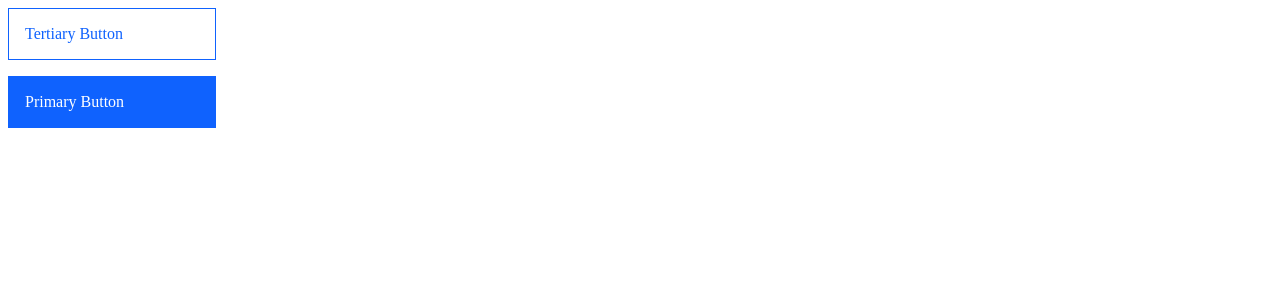
Repository: prav10194/ibm-carbon-components-vanilla
Page: buttons/index.html
An editor plug-in stored every save of this project. The page is shown before and after the next save, followed by the edit.
The browser window is 1280 px wide. The pictures show the whole page.
Some web fonts or font styles are not loaded; a fallback is used.

Above is the page before, as saved 2020-11-12 19:42:14.

### buttons/index.html
<!DOCTYPE html>
<html lang="en">
<head>
    <meta charset="UTF-8">
    <meta name="viewport" content="width=device-width, initial-scale=1.0">
    <link rel="shortcut icon" href="./assets/ibm--cloud.svg" />
    <link rel="stylesheet" href="./node_modules/@ibm/plex/css/ibm-plex-sans-kr.css">
    <link rel="stylesheet" href="./node_modules/@ibm/plex/css/ibm-plex.css">
    <link rel="stylesheet" href="./index.css">
    <title>Button examples</title>
</head>
<style>
    .buttondiv > *:not(:first-child) {
        margin-top: 1rem;
    }
</style>
<body>
    <div class="buttondiv" style="display: flex; flex-direction: column;">
        <div class="tertiary-button">Tertiary Button</div>
        <div class="primary-button">Primary Button</div>
        <!-- <div class="secondary-button">Secondary Button</div> -->
    </div>
</body>
</html>

### buttons/index.css
.tertiary-button {
    font-size: 1rem;
    border: 1px solid #0f62fe;
    color: #0f62fe;
    padding: 1rem 4rem 1rem 1rem;
    width: 10%;
    font-family: IBM Plex Sans;
}

.tertiary-button:hover {
    background-color: #0f62fe;
    color: white;
    cursor: pointer;
}

.primary-button {
    font-size: 1rem;
    border: 1px solid #0f62fe;
    background-color: #0f62fe;
    color: white;
    padding: 1rem 4rem 1rem 1rem;
    width: 10%;
    font-family: IBM Plex Sans;
}

.primary-button:hover {
    /* background-color: #0f62fe; */
    /* color: white; */
    background-color: #0d58e4;
    cursor: pointer;
}

.secondary-button {
    font-size: 1rem;
    border: 1px solid #393939;
    background-color: #393939;
    color: white;
    padding: 1rem 4rem 1rem 1rem;
    width: 10%;
    font-family: IBM Plex Sans;
    color: ;
}

Loaded but not shown: fonts/node_modules/@ibm/plex/css/ibm-plex-sans-kr.css (library); fonts/node_modules/@ibm/plex/css/ibm-plex.css (library)

After the next save:
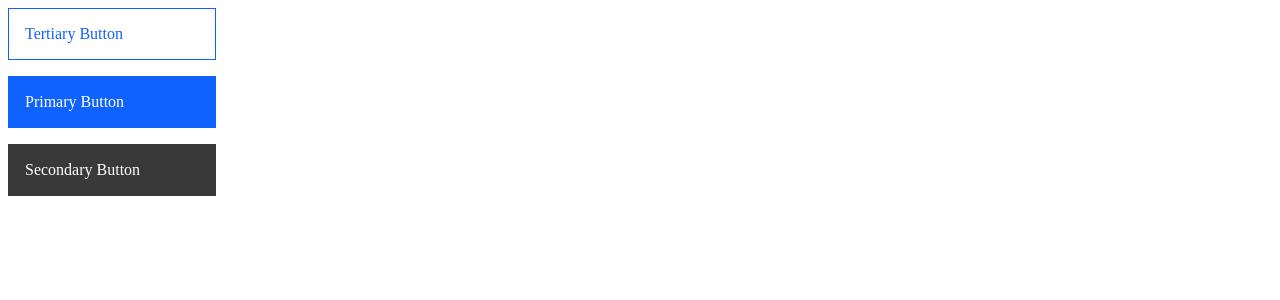
Saved 7 s later.
--- a/buttons/index.html
+++ b/buttons/index.html
@@ -18,7 +18,7 @@
     <div class="buttondiv" style="display: flex; flex-direction: column;">
         <div class="tertiary-button">Tertiary Button</div>
         <div class="primary-button">Primary Button</div>
-        <!-- <div class="secondary-button">Secondary Button</div> -->
+        <div class="secondary-button">Secondary Button</div>
     </div>
 </body>
 </html>
